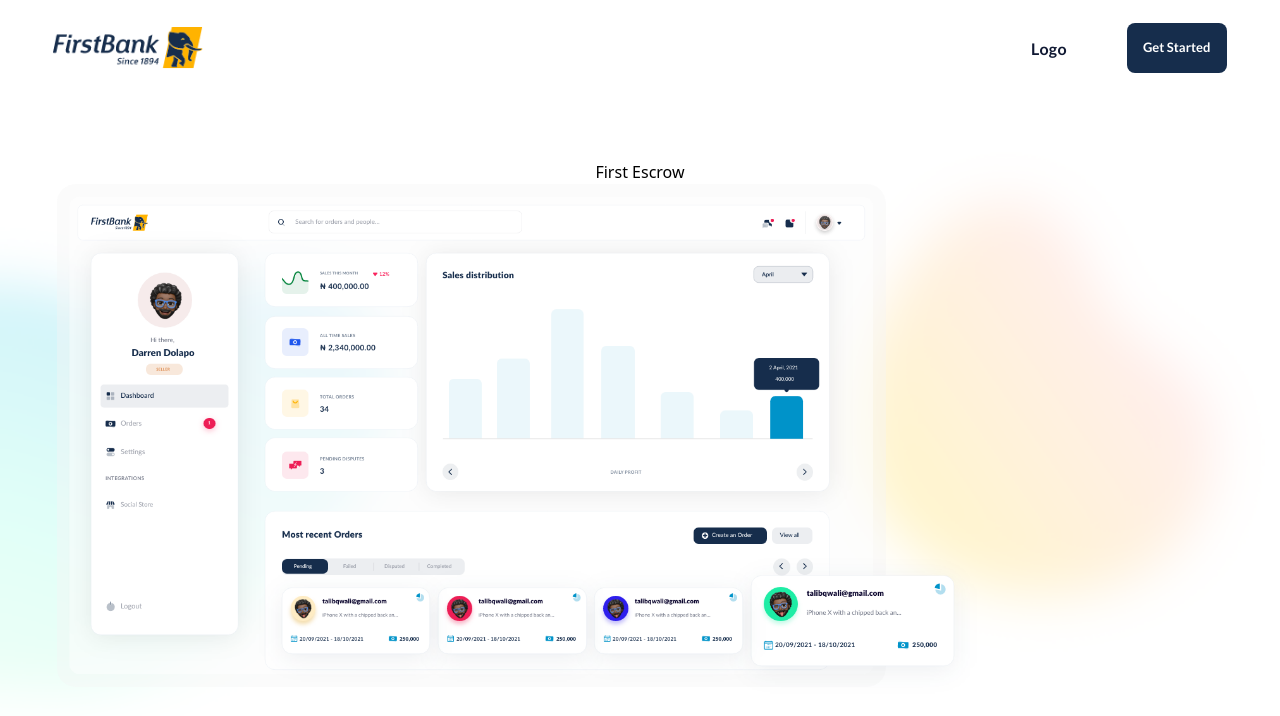
Repository: Pepperest-dev/First_Escrow_Home
Page: index.html
These files come from the project's save history. The page is drawn as it stood at one moment and after the next save; the edit follows.
The browser window is 1280 px wide. The pictures show the whole page.

Above is the page before, as saved 2021-09-25 20:34:45.

### index.html
<!DOCTYPE html>
<html lang="en">
  <head>
    <meta charset="UTF-8" />
    <meta http-equiv="X-UA-Compatible" content="IE=edge" />
    <meta name="viewport" content="width=device-width, initial-scale=1.0" />
    <link rel="stylesheet" href="styles/styles.css" />
    <link rel="stylesheet" href="styles/mobileScreenStyles.css" />
    <link
      href="https://unpkg.com/tailwindcss@^2/dist/tailwind.min.css"
      rel="stylesheet"
    />
    <link
      rel="stylesheet"
      href="https://cdnjs.cloudflare.com/ajax/libs/font-awesome/4.7.0/css/font-awesome.min.css"
    />
    <link rel="preconnect" href="https://fonts.googleapis.com" />
    <link rel="preconnect" href="https://fonts.gstatic.com" crossorigin />
    <link
      href="https://fonts.googleapis.com/css2?family=Lato:wght@100;300;400;700&family=Rubik:wght@400;500;600;700&display=swap"
      rel="stylesheet"
    />
    <title>First Escrow</title>
  </head>
  <body>
    <!-- Create a container wrapper to  -->
    <div class="container w-screen">
      <!-- create a container to keep everything contained in a certain width -->
      <!-- create the Navbar -->
      <!-- Do the font setup from google fonts -->
      <!-- make the navbar responsive -->
      <!-- create the hero section -->
      <!-- work on the what can we do or you ssection -->
      <!-- Work on how does first escrow  works-->
      <!-- work on refund is guranteed  section  -->
      <!-- how it works in simple steps section -->
      <!-- work on the footer section -->
      <header class="banner h-12/12 overflow-hidden">
        <nav
          class="
            h-24
            flex
            justify-between
            items-center
            md:w-11/12 md:p-0
            px-7
            mx-auto
            mb-16
          "
        >
          <a href="/">
            <img
              src="/assets/imgs/firstBank_logo.png"
              alt="First Bank Logo"
              class="BrandLogo cursor-pointer"
            />
          </a>

          <ul class="md:flex hidden w-2/12 h-full justify-between items-center">
            <li class="loginLink"><a href="#">Logo</a></li>
            <li>
              <button class="getStartedBtn hover:drop-shadow-xl">
                Get Started
              </button>
            </li>
          </ul>

          <div id="hambugger" class="hambugger cursor-pointer md:hidden">
            <i id="menuToggler" class="fa fa-2x fa-bars"></i>
          </div>
        </nav>

        <main class="md:w-11/12 md:p-0 px-7 mx-auto">
          <article>
            <p class="text-center">First Escrow</p>
          </article>
          <img
            src="/assets/imgs/dashboardMockup.png"
            class="dashboardImg"
            alt="dashboard mockup"
          />
        </main>
        <!-- <h1>First Escrows</h1> -->
      </header>
    </div>
    <script src="js/app.js"></script>
  </body>
</html>

### Styles/styles.css
* {
  margin: 0;
  padding: 0;
  border: 0;
  font-size: 16px;
  text-decoration: none;
  font: inherit;
  vertical-align: baseline;
  box-sizing: border-box;
}

/* Colors varable declaration */
:root {
  --whiteBgColor: #ffffff;
  --BtnBgColor: #162d4c;
  --lightBlueColor: #0093c9;
  --yellowPrimaryColor: #ffb300;
  --boxesTextColor: #707070;
  --darkBlueTextColor: #101933;
  --bannerTextColor: #707585;
  --lightGreenColor: #28a745;
  --inputFieldBorderColor: #d8dade;
  --footerBackgroundColor: #f6f6f7;
  --footerTextColor: #040c22;
  --latoFontFamily: "Lato", sans-serif;
  --rubikFontFamily: "Rubik", sans-serif;
}

.banner {
  background-image: url(../assets/imgs/overlayBackground.png);
  height: 100vh;
  width: 100vw;
  background-position: center;
  background-repeat: no-repeat;
  background-size: cover;
}
.dashboardImg {
  width: 80%;
  height: auto;
  /* margin: 3rem auto; */
}

.container {
  background-color: var(--whiteBgColor);
}

.BrandLogo {
  width: 150px;
  object-fit: contain;
  height: 45px;
}

.outline {
  outline: 1px solid blue;
}

.loginLink {
  font: normal normal 600 16px/19px Lato;
  letter-spacing: 0.32px;
  font-family: var(--latoFontFamily);
  font-style: normal;
  font-weight: 600;
  color: var(--darkBlueTextColor);
}

.loginLink:hover {
  opacity: 0.8;
  transition: all ease-in-out 350ms;
}

.getStartedBtn {
  border-radius: 8px;
  background-color: var(--BtnBgColor);
  width: 100px;
  height: 50px;
  color: var(--whiteBgColor);
  font-family: var(--latoFontFamily);
  text-align: center;
  font-size: 13px;
  font-weight: 600;
}

.getStartedBtn:hover {
  opacity: 0.8;
  transition: all ease-in-out 350ms;
}

### Styles/mobileScreenStyles.css
@media screen and (max-width: 600px) {
  .banner {
    background-size: contain;
  }
  .dashboard {
    width: 100%;
    height: auto;
    /* margin: 3rem auto; */
  }

  .BrandLogo {
    width: 100px;
  }

  .toggle{
    transition: opacity ease-in-out;
  }
}

### Js/app.js
const hambugger = document.querySelector("#hambugger");
console.log(hambugger);

const menu = document.querySelector("#menuToggler");

hambugger.addEventListener("click", () => {
  if (menu.classList.contains("fa-bars")) {
    menu.classList.remove("fa-bars");
    menu.classList.add("fa-times");
  } else if (menu.classList.contains("fa-times")) {
    menu.classList.remove("fa-times");
    menu.classList.add("fa-bars");
  }
  hambugger.classList.toggle("toggle");
});

After the next save:
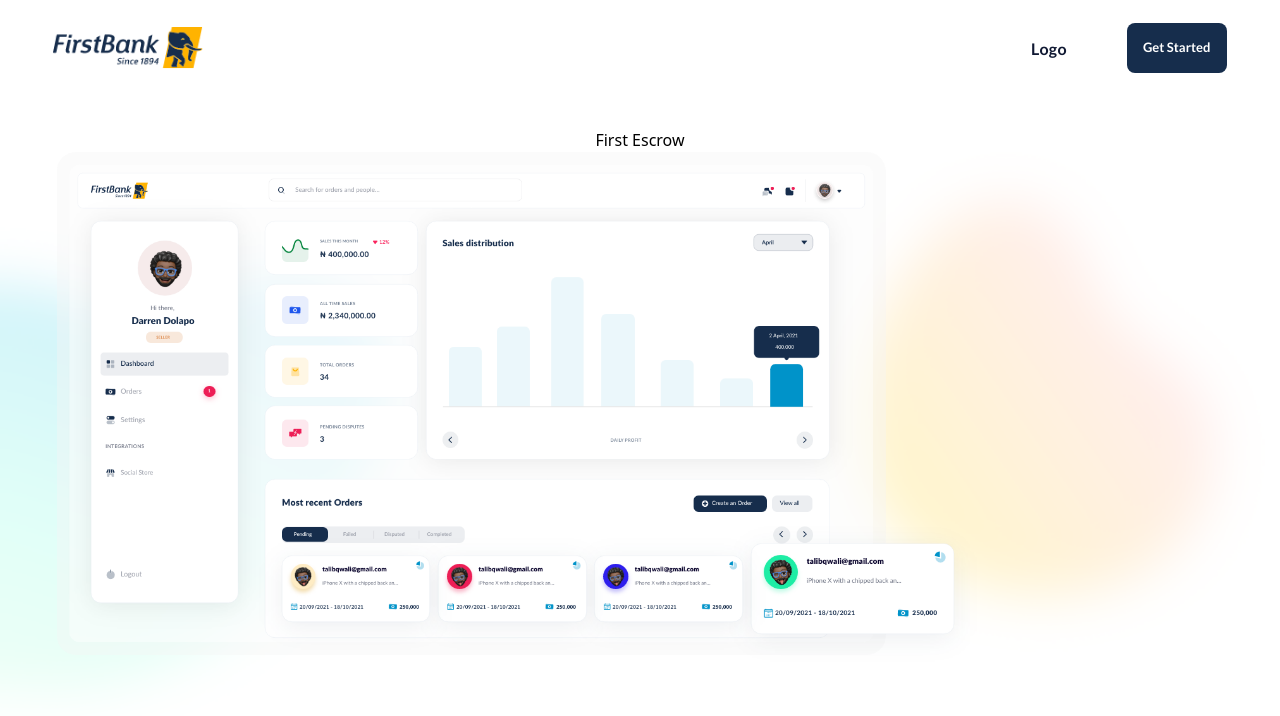
Saved 77 s later.
--- a/index.html
+++ b/index.html
@@ -45,7 +45,7 @@
             md:w-11/12 md:p-0
             px-7
             mx-auto
-            mb-16
+            mb-8
           "
         >
           <a href="/">
